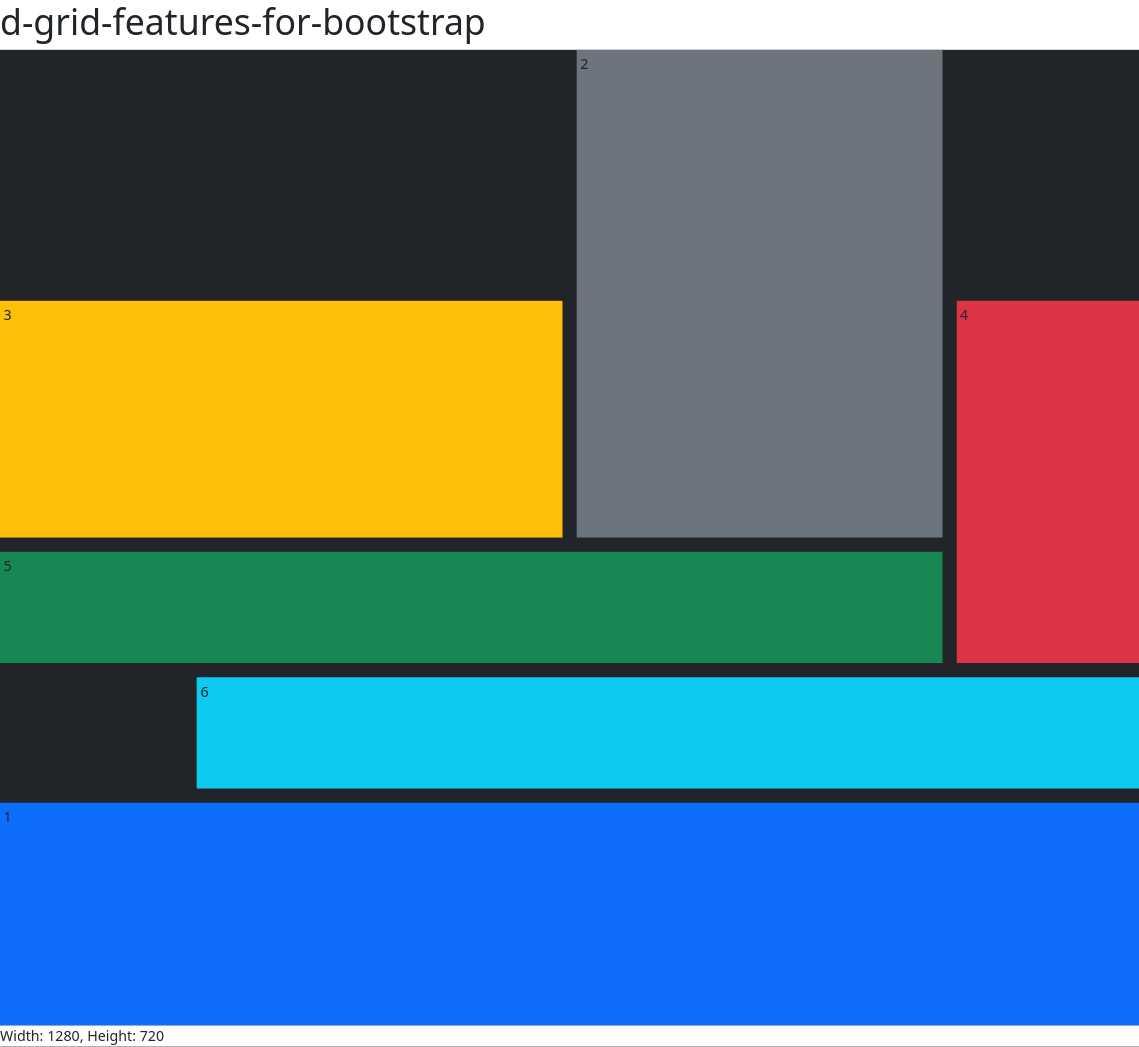
Repository: LynxPardelle/d-grid-features-for-bootstrap
Page: index.html
The author's editor kept a copy of each file at every save. The page is drawn from the files as they stood at one save, then again after the next save.
The browser window is 1280 px wide. The pictures show the whole page, at 89% of full size.

Above is the page before, as saved 2021-10-20 06:16:17.

### index.html
<!DOCTYPE html>
<html lang="en">
<head>
  <meta charset="UTF-8">
  <meta http-equiv="X-UA-Compatible" content="IE=edge">
  <meta name="viewport" content="width=device-width, initial-scale=1.0">
  <title>d-grid-features-for-bootstrap</title>
  <link href="https://cdn.jsdelivr.net/npm/bootstrap@5.1.3/dist/css/bootstrap.min.css" rel="stylesheet" integrity="sha384-1BmE4kWBq78iYhFldvKuhfTAU6auU8tT94WrHftjDbrCEXSU1oBoqyl2QvZ6jIW3" crossorigin="anonymous">
</head>
<body>
  <h1>d-grid-features-for-bootstrap</h1>

  <!-- <section class="d-grid bg-dark" data-gfbs data-gfbs-gtc="repeat(4, 1fr)" data-gfbs-gtr="repeat(2, 100px)" > -->
    <!-- <section class="d-grid bg-dark" data-gfbs data-gfbs-gta='"f f b c c a"" f f d e e a"'> -->
      <section class="d-grid bg-dark" data-gfbs
      data-gfbs-gt='
      [row1-start] "a a b ." 25px [row1-end]
      [row2-start] "a a b ." 25px [row2-end]
      [row3-start] "c c b d" 25px [row3-end]
      [row4-start] "c c b d" 25px [row4-end]
      [row5-start] "e e e d" 25px [row5-end]
      [row6-start] ". f f f" 25px [row6-end]
      [row7-start] "g g g g" 50px [row7-end]
      / 1fr 2fr 2fr 1fr'
      data-gfbs-gt-sm='
      [row1-start] "a a b ." 50px [row1-end]
      [row2-start] "a a b ." 50px [row2-end]
      [row3-start] "c c b d" 50px [row3-end]
      [row4-start] "c c b d" 50px [row4-end]
      [row5-start] "e e e d" 50px [row5-end]
      [row6-start] ". f f f" 50px [row6-end]
      [row7-start] "g g g g" 100px [row7-end]
      / 1fr 2fr 2fr 1fr'
      data-gfbs-gt-md='
      [row1-start] "a a b ." 75px [row1-end]
      [row2-start] "a a b ." 75px [row2-end]
      [row3-start] "c c b d" 75px [row3-end]
      [row4-start] "c c b d" 75px [row4-end]
      [row5-start] "e e e d" 75px [row5-end]
      [row6-start] ". f f f" 75px [row6-end]
      [row7-start] "g g g g" 150px [row7-end]
      / 1fr 2fr 2fr 1fr'
      data-gfbs-gt-lg='
      [row1-start] "a a b ." 100px [row1-end]
      [row2-start] "a a b ." 100px [row2-end]
      [row3-start] "c c b d" 100px [row3-end]
      [row4-start] "c c b d" 100px [row4-end]
      [row5-start] "e e e d" 100px [row5-end]
      [row6-start] ". f f f" 100px [row6-end]
      [row7-start] "g g g g" 200px [row7-end]
      / 1fr 2fr 2fr 1fr'
      data-gfbs-gt-xl='
      [row1-start] "a a b ." 125px [row1-end]
      [row2-start] "a a b ." 125px [row2-end]
      [row3-start] "c c b d" 125px [row3-end]
      [row4-start] "c c b d" 125px [row4-end]
      [row5-start] "e e e d" 125px [row5-end]
      [row6-start] ". f f f" 125px [row6-end]
      [row7-start] "g g g g" 250px [row7-end]
      / 1fr 2fr 2fr 1fr'
      data-gfbs-gt-xxl='
      [row1-start] "a a b ." 150px [row1-end]
      [row2-start] "a a b ." 150px [row2-end]
      [row3-start] "c c b d" 150px [row3-end]
      [row4-start] "c c b d" 150px [row4-end]
      [row5-start] "e e e d" 150px [row5-end]
      [row6-start] ". f f f" 150px [row6-end]
      [row7-start] "g g g g" 300px [row7-end]
      / 1fr 2fr 2fr 1fr'
      data-gfbs-gap="1rem"
      >
      <!-- data-gfbs-cg="1rem"
      data-gfbs-rg="1rem" -->
    <div data-gfbs data-gfbs-iga="a" data-gfbs-iga-sm="g" class="grid-element bg-primary p-1">
      1
    </div>

    <div data-gfbs data-gfbs-iga="b" class="grid-element bg-secondary p-1">
      2
    </div>
    <div data-gfbs data-gfbs-iga="c" class="grid-element bg-warning p-1">
      3
    </div>
    <div data-gfbs data-gfbs-iga="d" class="grid-element bg-danger p-1">
      4
    </div>
    <div data-gfbs data-gfbs-iga="e" class="grid-element bg-success p-1">
      5
    </div>
    <div data-gfbs data-gfbs-iga="f" class="grid-element bg-info p-1">
      6
    </div>
  </section>

  <div id="result">

  </div>

  <script src="https://cdn.jsdelivr.net/npm/bootstrap@5.1.3/dist/js/bootstrap.bundle.min.js" integrity="sha384-ka7Sk0Gln4gmtz2MlQnikT1wXgYsOg+OMhuP+IlRH9sENBO0LRn5q+8nbTov4+1p" crossorigin="anonymous"></script>
  <script src="./d-grid.js"></script>
</body>
</html>

### d-grid.js
"use strict";

function gridCreate(){
  let wWidth = window.innerWidth;
  let gridElements = document.querySelectorAll("[data-gfbs]");

  function checkIfHasBP(gridElement, atr) {
    let hasIt = false;
    for (let attribute of gridElement.attributes) {
      let at = attribute.localName;
      if (at.includes(atr)) {
        switch (true) {
          case at.includes("-sm") && wWidth >= 576 && wWidth < 768:
            hasIt = true;
            break;
          case at.includes("-md") && wWidth >= 768 && wWidth < 992:
            hasIt = true;
            break;
          case at.includes("-lg") && wWidth >= 992 && wWidth < 1200:
            hasIt = true;
            break;
          case at.includes("-xl") && wWidth >= 1200 && wWidth < 1400:
            hasIt = true;
            break;
          case at.includes("-xxl") && wWidth >= 1400:
            hasIt = true;
            break;
        }
      }
    }

    return hasIt;
  }

  for (let gridElement of gridElements) {
    for (let attribute of gridElement.attributes) {
      let at = attribute.localName;
      let attValue = attribute.value;

      if (
        at.includes("gfbs-") &&
        ((!at.includes("-sm") &&
          !at.includes("-md") &&
          !at.includes("-lg") &&
          !at.includes("-xl") &&
          !at.includes("-xxl") &&
          !checkIfHasBP(gridElement, at)) ||
          (at.includes("-sm") &&
            wWidth >= 576 &&
            (!at.includes("-md") || (at.includes("-md") && wWidth < 768)) &&
            (!at.includes("-lg") || (at.includes("-lg") && wWidth < 992)) &&
            (!at.includes("-xl") || (at.includes("-xl") && wWidth < 1200)) &&
            (!at.includes("-xll") || (at.includes("-xxl") && wWidth < 1400))) ||
          (at.includes("-md") &&
            wWidth >= 768 &&
            (!at.includes("-lg") || (at.includes("-lg") && wWidth < 992)) &&
            (!at.includes("-xl") || (at.includes("-xl") && wWidth < 1200)) &&
            (!at.includes("-xll") || (at.includes("-xxl") && wWidth < 1400))) ||
          (at.includes("-lg") &&
            wWidth >= 992 &&
            (!at.includes("-xl") || (at.includes("-xl") && wWidth < 1200)) &&
            (!at.includes("-xll") || (at.includes("-xxl") && wWidth < 1400))) ||
          (at.includes("-xl") &&
            wWidth >= 1200 &&
            (!at.includes("-xll") || (at.includes("-xxl") && wWidth < 1400))) ||
          (at.includes("-xxl") && wWidth >= 1400))
      ) {
        switch (true) {
          /* Container */
          case at.includes("custom"):
            gridElement.style.cssText += attValue;
            break;
          case at.includes("gtc"):
            gridElement.style.gridTemplateColumns = attValue;
            break;
          case at.includes("gtr"):
            gridElement.style.gridTemplateRows = attValue;
            break;
          case at.includes("gta"):
            gridElement.style.gridTemplateAreas = attValue;
            break;
          case at.includes("gt"):
            gridElement.style.gridTemplate = attValue;
            break;
          case at.includes("cg"):
            gridElement.style.columnGap = attValue;
            break;
          case at.includes("rg"):
            gridElement.style.rowGap = attValue;
            break;
          case at.includes("gap"):
            gridElement.style.gap = attValue;
            break;
          case at.includes("ji"):
            gridElement.style.justifyItems = attValue;
            break;
          case at.includes("ai"):
            gridElement.style.alignItems = attValue;
            break;
          case at.includes("pi"):
            gridElement.style.placeItems = attValue;
            break;
          case at.includes("jc"):
            gridElement.style.justifyContent = attValue;
            break;
          case at.includes("ac"):
            gridElement.style.alignContent = attValue;
            break;
          case at.includes("pc"):
            gridElement.style.placeContent = attValue;
            break;
          case at.includes("gac"):
            gridElement.style.gridAutoColumns = attValue;
            break;
          case at.includes("gar"):
            gridElement.style.gridAutoRows = attValue;
            break;
          case at.includes("gaf"):
            gridElement.style.gridAutoFlow = attValue;
            break;
          case at.includes("grid"):
            gridElement.style.grid = attValue;
            break;

          /* Item */
          case at.includes("gcs"):
            gridElement.style.gridColumnStart = attValue;
            break;
          case at.includes("gce"):
            gridElement.style.gridColumnEnd = attValue;
            break;
          case at.includes("gc"):
            gridElement.style.gridColumn = attValue;
            break;
          case at.includes("grs"):
            gridElement.style.gridRowStart = attValue;
            break;
          case at.includes("gre"):
            gridElement.style.gridRowEnd = attValue;
            break;
          case at.includes("gr"):
            gridElement.style.gridRow = attValue;
            break;
          case at.includes("iga"):
            gridElement.style.gridArea = attValue;
            break;
          case at.includes("js"):
            gridElement.style.justifySelf = attValue;
            break;
          case at.includes("as"):
            gridElement.style.alignSelf = attValue;
            break;
          case at.includes("ps"):
            gridElement.style.placeSelf = attValue;
            break;
        }
      }
    }
  }
}

window.onload = gridCreate();

// Defining event listener function
function displayWindowSize(){
  // Get width and height of the window excluding scrollbars
  var w = document.documentElement.clientWidth;
  var h = document.documentElement.clientHeight;

  // Display result inside a div element
  document.getElementById("result").innerHTML = "Width: " + w + ", " + "Height: " + h;
}

// Attaching the event listener function to window's resize event
window.addEventListener("resize", displayWindowSize);

// Calling the function for the first time
displayWindowSize();

After the next save:
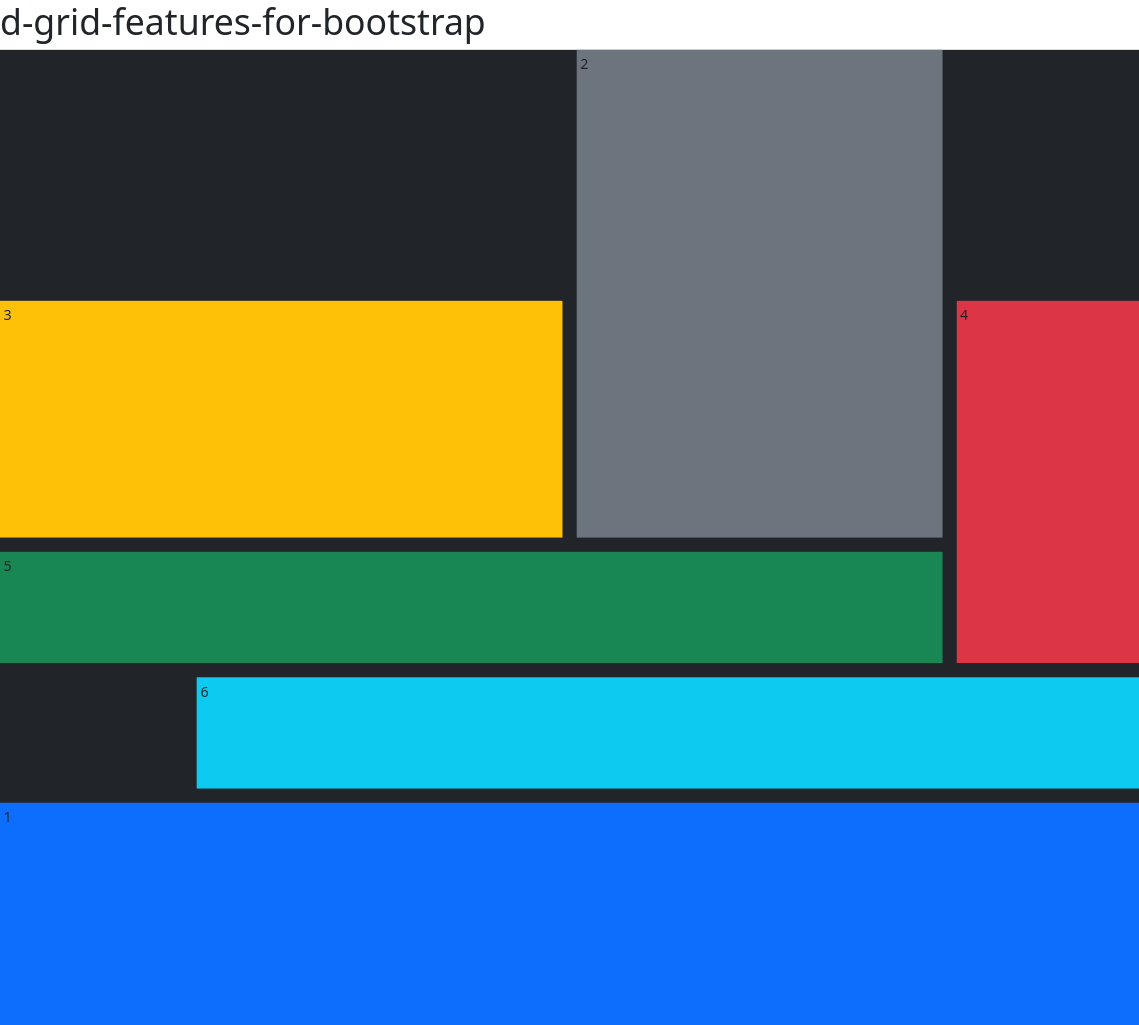
Saved 25 s later.
--- a/d-grid.js
+++ b/d-grid.js
@@ -167,8 +167,10 @@ function displayWindowSize(){
   var w = document.documentElement.clientWidth;
   var h = document.documentElement.clientHeight;
 
-  // Display result inside a div element
-  document.getElementById("result").innerHTML = "Width: " + w + ", " + "Height: " + h;
+
+  gridCreate();
+/*   // Display result inside a div element
+  document.getElementById("result").innerHTML = "Width: " + w + ", " + "Height: " + h; */
 }
 
 // Attaching the event listener function to window's resize event
